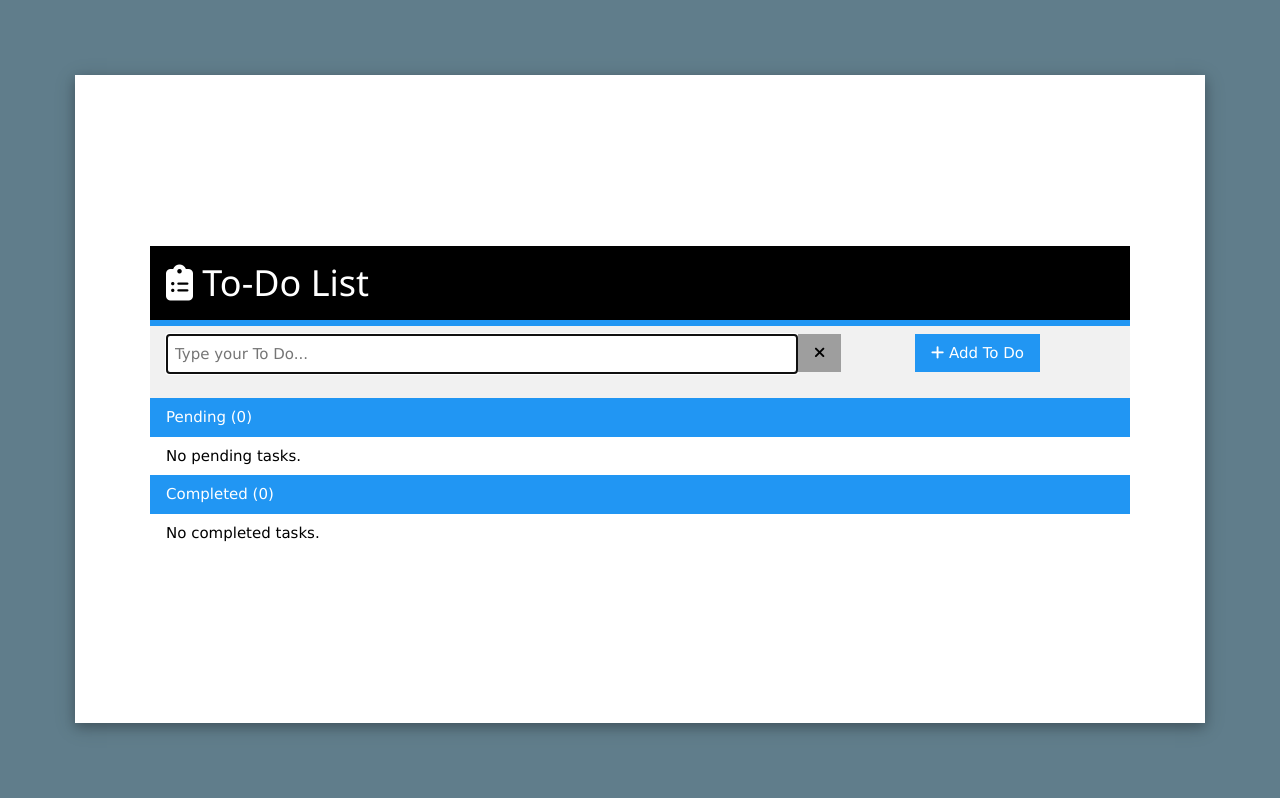
Repository: bclover/vue3-design-patterns-book
Page: /
An editor plug-in stored every save of this project. The page is shown before and after the next save, followed by the edit.
The browser window is 1280 px wide. The pictures show the whole page.
The project was rebuilt for these pictures with package versions that can differ from the ones it lists, and the page was loaded fresh each time. Also part of the build but not shown: vite.config.ts.

Above is the page before, as saved 2023-06-19 22:55:00.

### index.html
<!DOCTYPE html>
<html lang="en">
    <head>
        <meta charset="UTF-8" />
        <link rel="icon" type="image/svg+xml" href="/vite.svg" />
        <link rel="stylesheet" href="/css/w3.css" />
        <link rel="stylesheet" href="/css/fontawesome.min.css" />
        <link rel="stylesheet" href="/css/solid.min.css" />
        <link rel="stylesheet" href="/css/brands.min.css" />
        <meta name="viewport" content="width=device-width, initial-scale=1.0" />
        <title>To Do</title>
    </head>
    <body>
        <div id="app"></div>
        <script type="module" src="/src/main.ts"></script>
    </body>
</html>

### src/App.vue
<script lang="ts" setup>
import ToDos from './components/ToDos.vue';
</script>

<template>
  <div class="app w3-blue-gray">
    <ToDos></ToDos>
  </div>
</template>

<style scoped>
.app {
  display: flex;
  justify-content: center;
  width: 100vw;
  min-height: 100vh;
  padding: 5rem;
}
</style>

### src/components/ToDos.vue
<script lang="ts" setup>
import { computed, ref } from 'vue';

interface ToDo {
  id: number;
  text: string;
  checked: boolean;
}
const _todo_text = ref('');
const _todo_list = ref<ToDo[]>([]);
const _pending = computed(() => {
  return _todo_list.value.filter((todo: ToDo) => !todo.checked);
});
const _done = computed(() => {
  return _todo_list.value.filter((todo: ToDo) => todo.checked);
});
function clearToDo(): void {
  _todo_text.value = '';
}
function addToDo() {
  if (_todo_text.value && _todo_text.value !== '') {
    _todo_list.value.push({
      id: new Date().valueOf(),
      text: _todo_text.value,
      checked: false,
    });
    clearToDo();
  }
}
</script>

<template>
  <div class="todo-container w3-white w3-card-4">
    <!-- Header -->
    <div class="w3-container w3-black w3-margin-0 w3-bottombar w3-border-blue">
      <h1>
        <i class="fa-solid fa-clipboard-list"></i>
        To-Do List
      </h1>
    </div>

    <!-- Remove & Add Buttons -->
    <div class="w3-container flex-container w3-light-gray w3-padding w3-center">
      <input
        class="w3-input w3-twothird w3-border"
        type="text"
        autofocus
        v-model="_todo_text"
        @keyup.enter="addToDo()"
        placeholder="Type your To Do..."
      />
      <button
        class="w3-button w3-gray w3-third"
        style="width: 43px"
        @click="clearToDo()"
      >
        <i class="fa-solid fa-times"></i>
      </button>
      <button class="w3-button w3-blue" @click="addToDo()">
        <i class="fa-solid fa-plus"></i>
        Add To Do
      </button>
    </div>

    <div
      class="w3-container flex-container w3-light-gray w3-padding w3-center"
    ></div>

    <!-- Pending Todos Heading -->
    <div class="w3-padding w3-blue">Pending ({{ _pending.length }})</div>

    <!-- List of Pending Todos -->
    <div class="w3-padding" v-for="todo in _pending" :key="todo.id">
      <label>
        <input type="checkbox" v-model="todo.checked" />
        <span class="w3-margin-left">
          {{ todo.text }}
        </span>
      </label>
    </div>

    <!-- No Pending Tasks -->
    <div class="w3-padding" v-show="_pending.length == 0">
      No pending tasks.
    </div>

    <!-- Completed Todos Heading -->
    <div class="w3-padding w3-blue">Completed ({{ _done.length }})</div>

    <!-- List of Completed Todos -->
    <div class="w3-padding" v-for="todo in _done" :key="todo.id">
      <label>
        <input type="checkbox" v-model="todo.checked" />
        <span class="w3-margin-left">
          {{ todo.text }}
        </span>
      </label>
    </div>

    <!-- No Completed Todos -->
    <div class="w3-padding" v-show="_done.length == 0">No completed tasks.</div>
  </div>
</template>

<style scoped>
.todo-container {
  display: flex;
  flex-direction: column;
  justify-content: center;
  width: 90vw;
  min-height: 90vh;
  padding: 5rem;
}
</style>

Loaded but not shown: src/main.ts (common file); public/css/w3.css (library); public/css/fontawesome.min.css (library); public/css/solid.min.css (common file); public/css/brands.min.css (library)

After the next save:
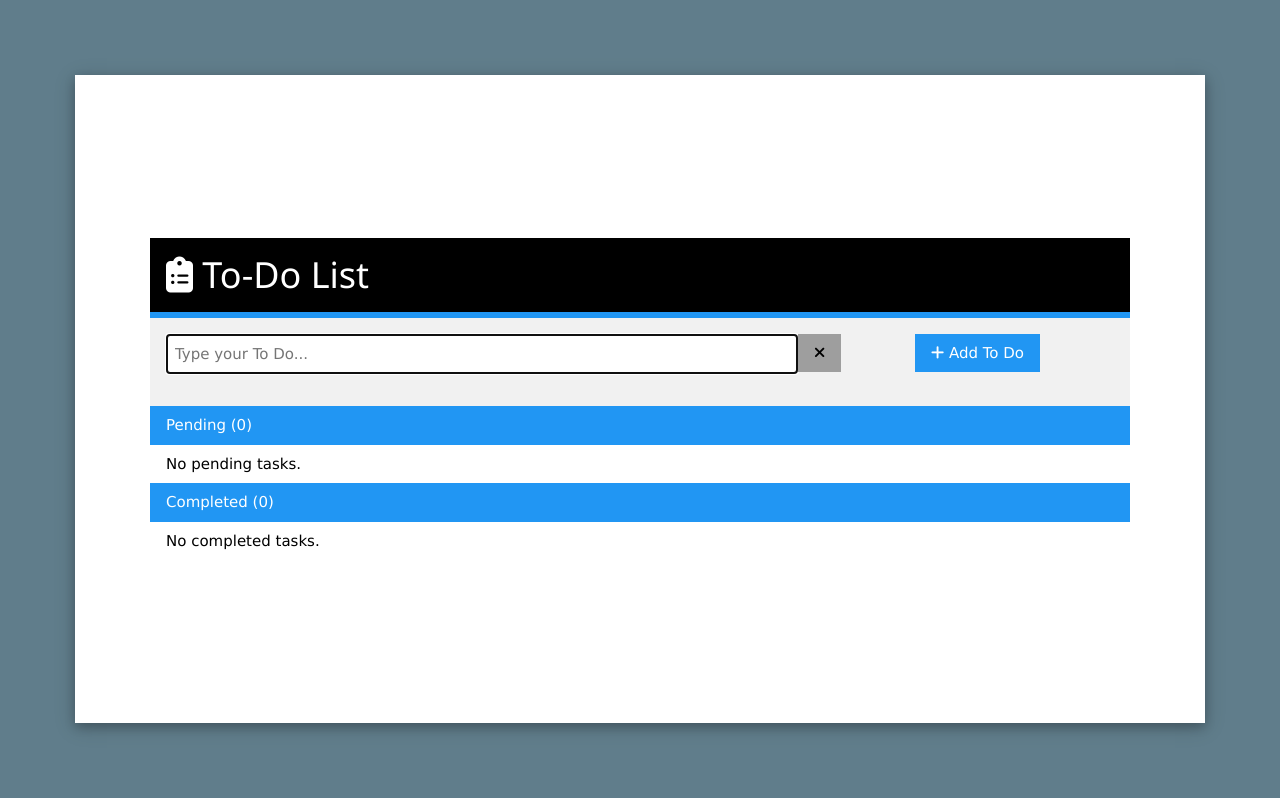
Saved 29 s later.
--- a/src/components/ToDos.vue
+++ b/src/components/ToDos.vue
@@ -40,7 +40,9 @@ function addToDo() {
     </div>
 
     <!-- Remove & Add Buttons -->
-    <div class="w3-container flex-container w3-light-gray w3-padding w3-center">
+    <div
+      class="w3-container flex-container w3-light-gray w3-padding-16 w3-center"
+    >
       <input
         class="w3-input w3-twothird w3-border"
         type="text"
